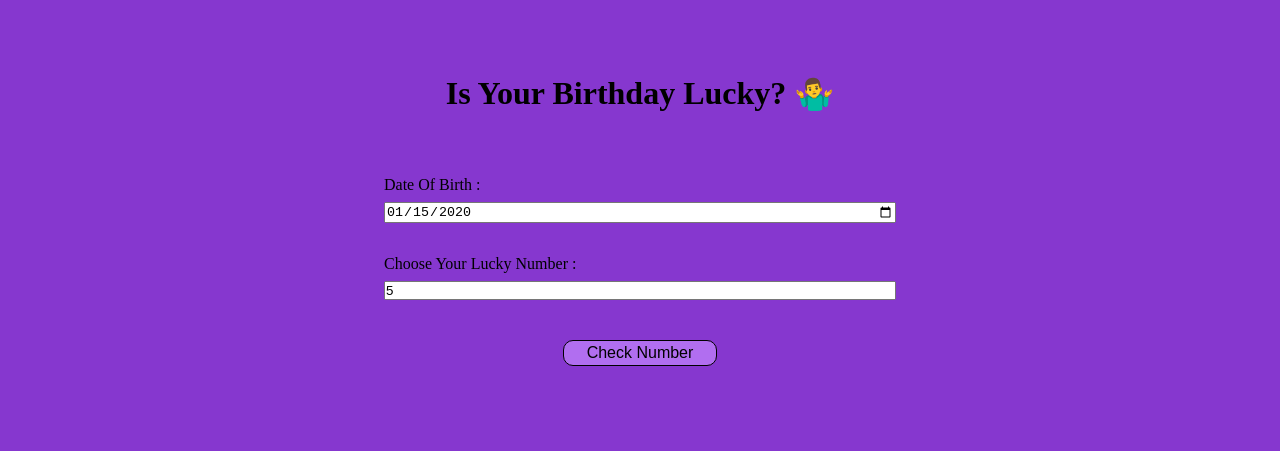
Repository: patelamancode/Lucky-Birthday-App
Page: index.html
The author's editor kept a copy of each file at every save. The page is drawn from the files as they stood at one save, then again after the next save.
The browser window is 1280 px wide. The pictures show the whole page.
Empty fields were first filled with sample values (such as "Sample", 5 or name@example.com).
After loading, the first visible `#check-btn` was clicked once.

Above is the page before, as saved 2022-11-22 03:09:37.
Console error: ReferenceError: value is not defined

### index.html
<!DOCTYPE html>
<html lang="en">
<head>
    <meta charset="UTF-8">
    <meta http-equiv="X-UA-Compatible" content="IE=edge">
    <meta name="viewport" content="width=device-width, initial-scale=1.0">
    <link rel="stylesheet" href="index.css">
    <title>Is your birthday lucky</title>
</head>
<body>
    <div id="main-container">
        <h1 class="app-title">Is Your Birthday Lucky? 🤷‍♂️</h1>
        <label for="date-of-birth" class="dob">Date Of Birth :</label>
        <input type="date" id="selected-dob">
        <label for="lucky-number" class="favourite-number">Choose Your Lucky Number :</label>
        <input type="number" class="user-number" placeholder="Number upto 10">
        <button id="check-btn">Check Number</button>
    </div>
    <div id="graphic-container">
        <p id="final-result">Hey you'r result is here</p>
    </div>
    <script src="index.js"></script>
</body>
</html>

### index.css
*{
    margin: 0;
    padding: 0;
}
 body{
    background-color: rgb(134, 55, 207);
 }

 #main-container {
    display: flex;
    flex-direction: column;
    width: 40vw;
    margin: auto;
    margin-top: 2rem;
    padding: 10px;
    text-align: center;
 }

 .app-title{
    margin: 2rem 0;
 }
 label{
    width: auto;
    text-align: left;
    margin-top: 2rem;
    margin-bottom: 0.5rem;
 }
 /* input{
    -webkit-appearance: none;
    box-shadow: none !important;
 } */
 button{
    margin: auto;
    margin-top: 2.5rem;
    width: 30%;
    padding: 3px;
    font-size: 1rem;
    font-weight: 500;
    border: 1px solid;
    background-color: rgb(177, 110, 240);
    border-radius: 10px;
 }


 #graphic-container{
    display: none;
    flex-direction: column;
    width: 40vw;
    height: 50vh;
    margin: auto;
    margin-top: 2rem;
    padding: 10px;
    text-align: center;
    background-color: yellow;
 }

### index.js
const checkButton = document.querySelector('#check-btn');
const appContent = document.querySelector('#main-container');
const userBirthDate = document.querySelector('#selected-dob');
const luckyNumber = document.querySelector('.user-number');
const graphicDisplay = document.querySelector('#graphic-container');



function showResult() {
    graphicDisplay.style.display = "flex";
    console.log("hey you called");
}

function hideContent() {
    appContent.style.display = "none";
}


function specialDateIs() {
    let value = userBirthDate.value.split("-");
    var sum = 0;
    for (let i = 0; i < value.length; i++) {
        sum += parseInt(value[i]);
    }
    console.log(sum);
    if (sum % luckyNumber.value == 0) {
        console.log("you have a special birthdate")
    } else console.log("Opps your birthdate is normal");

}


checkButton.addEventListener('click', function showGraphic() {
    specialDateIs();
    console.log(value);
});

After the next save:
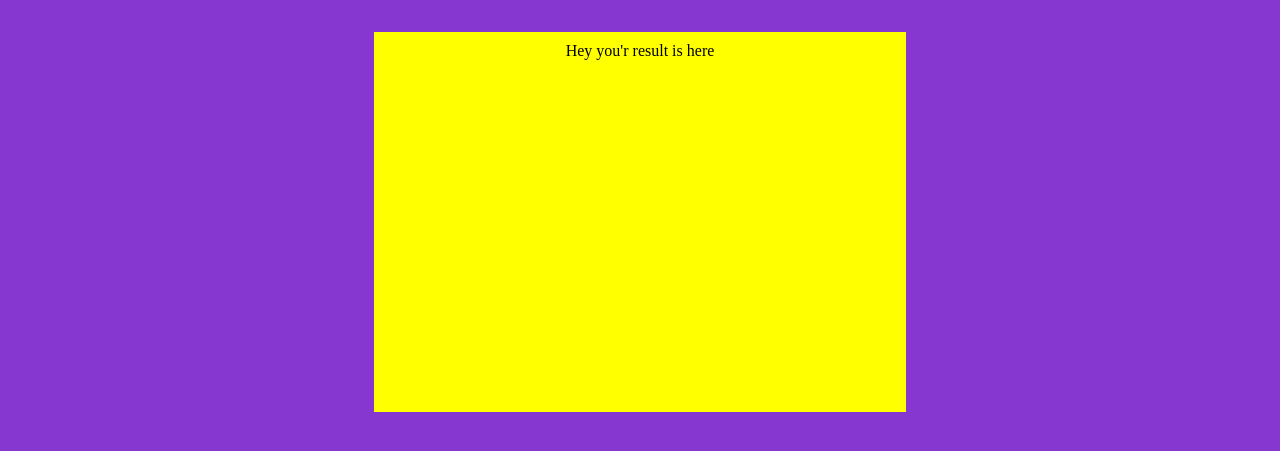
Saved 35 h 47 min later.
--- a/index.js
+++ b/index.js
@@ -7,8 +7,8 @@ const graphicDisplay = document.querySelector('#graphic-container');
 
 
 function showResult() {
+    hideContent();
     graphicDisplay.style.display = "flex";
-    console.log("hey you called");
 }
 
 function hideContent() {
@@ -30,7 +30,8 @@ function specialDateIs() {
 }
 
 
-checkButton.addEventListener('click', function showGraphic() {
+checkButton.addEventListener('click', function() {
     specialDateIs();
+    showResult();
     console.log(value);
 });
